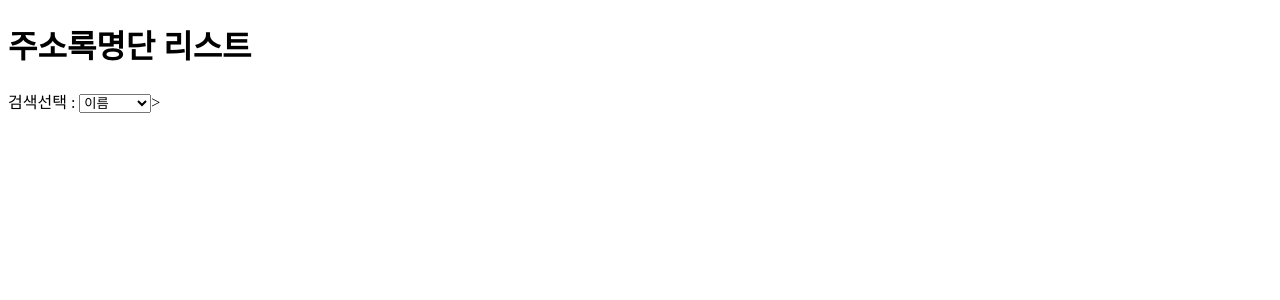
Repository: chanhooop/JSP
Page: http://localhost/CRUD/ABQuery.jsp
These files come from the project's save history. The page is drawn as it stood at one moment and after the next save; the edit follows.
The browser window is 1280 px wide. The pictures show the whole page.
The page is served by Tomcat 9.

Above is the page before, as saved 2021-05-11 09:05:21.

### CRUD/src/main/webapp/ABQuery.jsp
<%@ page language="java" contentType="text/html; charset=UTF-8"
    pageEncoding="UTF-8"%>
<!DOCTYPE html>
<html>
<head>
<meta charset="UTF-8">
<title>Insert title here</title>
</head>
<body>

<h1>주소록명단 리스트</h1>

검색선택 : <select>
		<option value="name">이름</option>
		<option value="tel">전화번호</option>
	</select>>

</body>
</html>

After the next save:
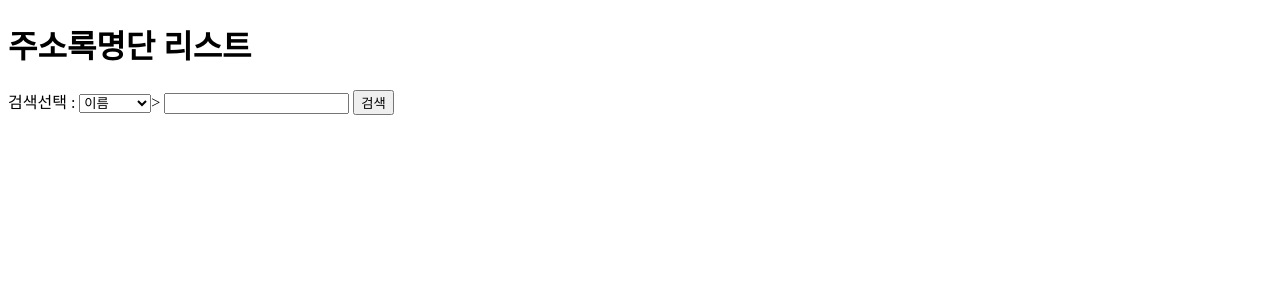
Saved 16 min 4 s later.
--- a/CRUD/src/main/webapp/ABQuery.jsp
+++ b/CRUD/src/main/webapp/ABQuery.jsp
@@ -10,10 +10,23 @@
 
 <h1>주소록명단 리스트</h1>
 
-검색선택 : <select>
-		<option value="name">이름</option>
-		<option value="tel">전화번호</option>
-	</select>>
+<form action="">
+	검색선택 : <select name="condition">
+			<option value="name">이름</option>
+			<option value="tel">전화번호</option>
+		</select>>
+		<input type="text" name="search">
+		<input type="button" value="검색" onclick="react">
+</form>
+
+<form name="react" action="">
+
+<%
+
+
+%>
+
+</form>
 
 </body>
 </html>
